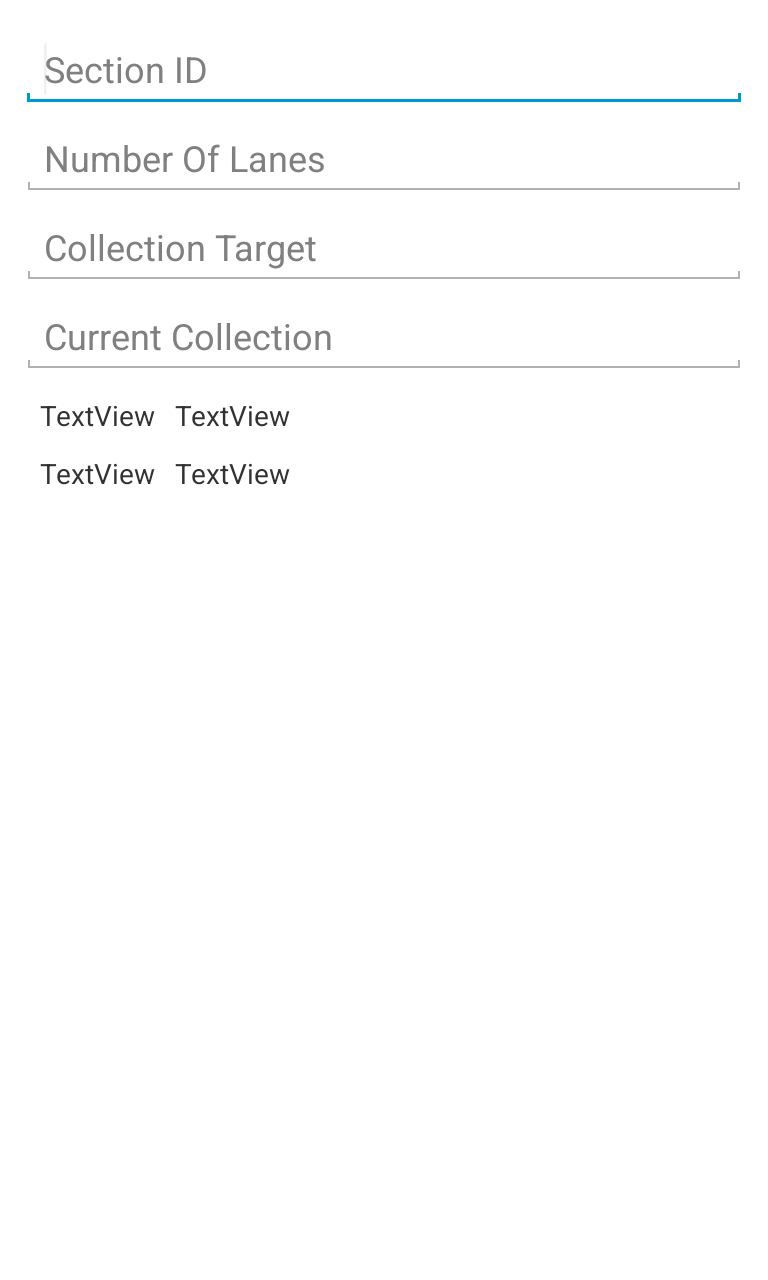
Repository: greatrakshit/Personal
Layout: POIRecorder/res/layout/activity_toll_booth.xml
These files come from the project's save history. The layout is drawn as it stood at one moment and after the next save; the edit follows.
It is drawn on a 768 x 1280 px phone screen (xhdpi) without system bars, with theme AppTheme; the app's code is not run.

Above is the layout before, as saved 2014-09-14 13:19:57.

### POIRecorder/res/layout/activity_toll_booth.xml
<LinearLayout xmlns:android="http://schemas.android.com/apk/res/android"
    android:layout_width="fill_parent"
    android:layout_height="fill_parent"
    android:orientation="vertical"
    android:padding="10dp" >

    <EditText
        android:id="@+id/editText1"
        android:layout_width="match_parent"
        android:layout_height="wrap_content"
        android:layout_marginBottom="5dp"
        android:layout_marginTop="5dp"
        android:ems="10"
        android:hint="@string/attribute_tollbooth_sectionId" >

        <requestFocus />
    </EditText>

    <EditText
        android:id="@+id/editText2"
        android:layout_width="match_parent"
        android:layout_height="wrap_content"
        android:layout_marginBottom="5dp"
        android:ems="10"
        android:hint="@string/attribute_tollbooth_numLanes"
        android:inputType="number" />

    <EditText
        android:id="@+id/editText3"
        android:layout_width="match_parent"
        android:layout_height="wrap_content"
        android:layout_marginBottom="5dp"
        android:ems="10"
        android:hint="@string/attribute_tollbooth_collectionTarget"
        android:inputType="number" />

    <EditText
        android:id="@+id/editText4"
        android:layout_width="match_parent"
        android:layout_height="wrap_content"
        android:layout_marginBottom="10dp"
        android:ems="10"
        android:hint="@string/attribute_tollbooth_currentCollection"
        android:inputType="number" />

    <LinearLayout
        android:layout_width="match_parent"
        android:layout_height="wrap_content"
        android:layout_marginBottom="10dp" >

        <TextView
            android:id="@+id/textView1"
            android:layout_width="wrap_content"
            android:layout_height="wrap_content"
            android:layout_marginLeft="10dp"
            android:layout_marginRight="10dp"
            android:text="TextView" />

        <TextView
            android:id="@+id/textView2"
            android:layout_width="wrap_content"
            android:layout_height="wrap_content"
            android:text="TextView" />

    </LinearLayout>

    <LinearLayout
        android:layout_width="match_parent"
        android:layout_height="wrap_content" >

        <TextView
            android:id="@+id/textView3"
            android:layout_width="wrap_content"
            android:layout_height="wrap_content"
            android:layout_marginLeft="10dp"
            android:layout_marginRight="10dp"
            android:text="TextView" />

        <TextView
            android:id="@+id/textView4"
            android:layout_width="wrap_content"
            android:layout_height="wrap_content"
            android:text="TextView" />

    </LinearLayout>

</LinearLayout>

### POIRecorder/res/values/styles.xml
<?xml version="1.0" encoding="utf-8"?>
<resources>

    <!--
        Base application theme, dependent on API level. This theme is replaced
        by AppBaseTheme from res/values-vXX/styles.xml on newer devices.

    -->
    <style name="AppBaseTheme" parent="android:Theme.Light">
        <!--
            Theme customizations available in newer API levels can go in
            res/values-vXX/styles.xml, while customizations related to
            backward-compatibility can go here.

        -->
    </style>

    <!-- Application theme. -->
    <style name="AppTheme" parent="AppBaseTheme">
        <!-- All customizations that are NOT specific to a particular API-level can go here. -->
    </style>

    <style name="LoginFormContainer">
        <item name="android:layout_width">match_parent</item>
        <item name="android:layout_height">wrap_content</item>
        <item name="android:padding">16dp</item>
    </style>
</resources>

### POIRecorder/res/values/strings.xml
<?xml version="1.0" encoding="utf-8"?>
<resources>

    <string name="app_name">POI Recorder</string>
    <string name="action_settings">Settings</string>
    <string name="hello_world">Hello world!</string>
    <string name="enableGPS">POI Recorder needs GPS to be enabled to function properly. Do you want to enable it ?</string>
    <string name="yes">Yes</string>
    <string name="no">No</string>
    <string name="ok">Ok</string>
    <string name="select_poi">Select Point Of Interest</string>
    <string name="exit">Exit Application</string>
    <string name="title_activity_main">MainActivity</string>
    <string name="add_poi">Add Point Of Interest</string>
    <string name="choose_poi">Choose POI Type</string>
    <string name="choose_facilities">Choose Facility Type</string>
    <string name="upload">Upload Data</string>
    <string name="save">Save</string>
    <string name="cancel">Cancel</string>
    <string name="name">Name</string>
    <string name="logout">Logout</string>
    <string name="statistics">Statistics</string>
    <string name="title_activity_poi">POI Recorder</string>
    <string name="poi_type_tollBooth">Toll Booth</string>
    <string name="poi_type_facilities">Facilities</string>
    <string name="poi_type_highwaySegments">Highway Segment</string>
    <string name="poi_type_milepost">Mile Post</string>
    <string name="subtype_facilities_restaurant">Restaurant</string>
    <string name="subtype_facilities_dhaba">Dhaba</string>
    <string name="subtype_facilities_vehicleRepairShop">Vehicle Repair Shop</string>
    <string name="subtype_facilities_policeStation">Police Station</string>
    <string name="subtype_facilities_clinic">Clinic</string>
    <string name="subtype_facilities_hospital">Hospital</string>
    <string name="subtype_facilities_groceryShop">Grocery Shop</string>
    <string name="subtype_facilities_farmerMarket">Farmer Market</string>
    <string name="attribute_tollbooth_sectionId">Section ID</string>
    <string name="attribute_tollbooth_numLanes">Number Of Lanes</string>
    <string name="attribute_tollbooth_collectionTarget">Collection Target</string>
    <string name="attribute_tollbooth_currentCollection">Current Collection</string>
    <string name="attribute_facilities_type">Type</string>
    <string name="attribute_facilities_name">Name</string>
    <string name="attribute_facilities_ownerName">Owner\'s Name</string>
    <string name="attribute_facilities_address1">Address 1</string>
    <string name="attribute_facilities_address2">Address 2</string>
    <string name="attribute_facilities_address3">Address 3</string>
    <string name="attribute_facilities_address4">Address 4</string>
    <string name="attribute_facilities_address5">Address 5</string>
    <string name="attribute_facilities_city">City</string>
    <string name="attribute_facilities_state">State</string>
    <string name="attribute_facilities_pincode">Pincode</string>
    <string name="attribute_facilities_phone1">Phone 1</string>
    <string name="attribute_facilities_phone2">Phone 2</string>
    <string name="attribute_highwaySegments_type">Type</string>
    <string name="attribute_highwaySegments_markerType">Marker Type</string>
    <string name="attribute_highwaySegments_name">Name</string>
    <string name="attribute_highwaySegments_ownerName">Owner Name</string>
    <string name="attribute_highwaySegments_contactNumber">Contact Number</string>
    <string name="attribute_milepost">Location</string>

    <string name="present_latitude">Present Latitude</string>
    <string name="present_longitude">Present Longitude</string>

    <string-array name="poi_list">
        <item>Facilities</item>
        <item>Highway Segment</item>
        <item>Mile Post</item>
        <item>Toll Booth</item>
    </string-array>
    <string-array name="facilities_list">
        <item>Clinic</item>
        <item>Dhaba</item>
        <item>Farmer Market</item>
        <item>Grocery Shop</item>
        <item>Hospital</item>
        <item>Police Station</item>
        <item>Restaurant</item>
        <item>Vehicle Repair Shop</item>
    </string-array>

    <string name="title_activity_poi_list">PoiList</string>
    <string name="title_activity_poi__dialog">Poi_Dialog</string>
    <string name="title_activity_facilities_dialog">FacilitiesDialog</string>
    <string name="title_activity_toll_booth">TollBoothActivity</string>
    <string name="title_activity_facility">FacilityActivity</string>
    <string name="title_activity_highway_segment">HighwaySegmentActivity</string>
    <string name="title_activity_milepost">MilepostActivity</string>

</resources>

Loaded but not shown: POIRecorder/res/values-v11/styles.xml (common file); POIRecorder/res/values-v14/styles.xml (common file)

After the next save:
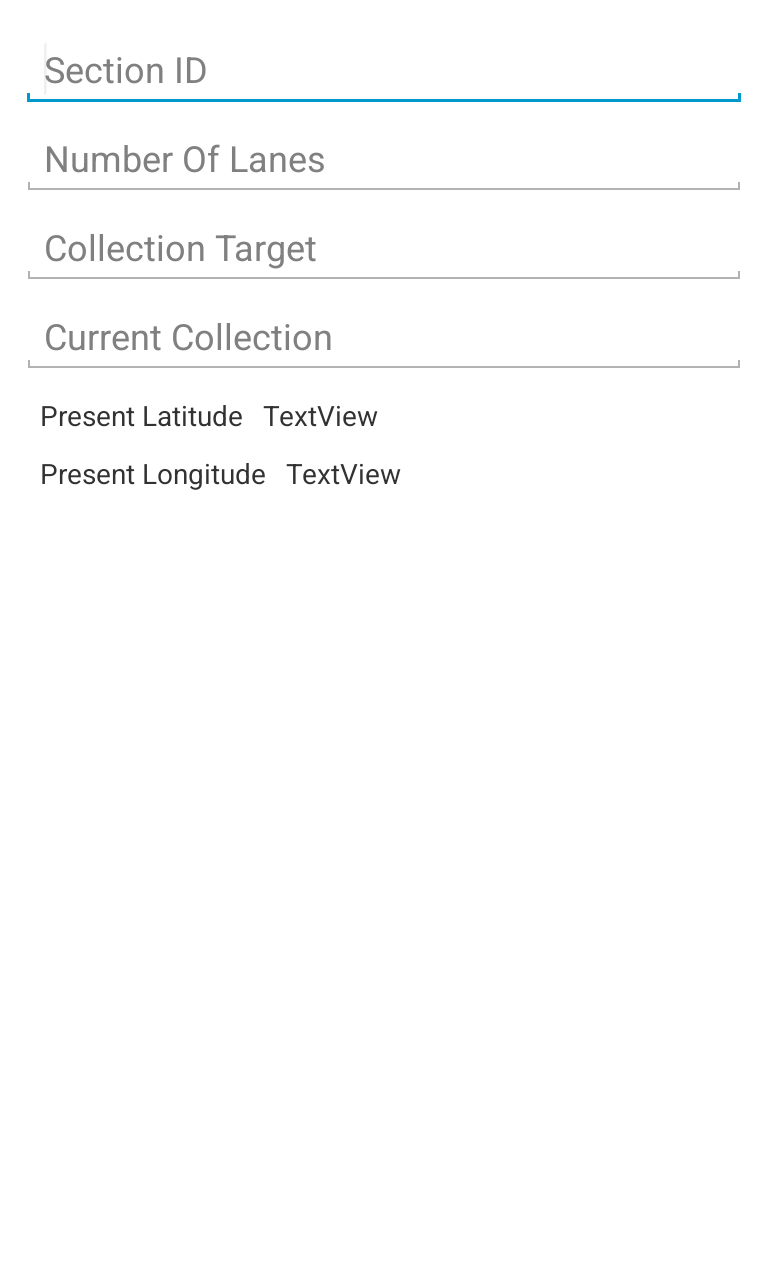
Saved 23 s later.
--- a/POIRecorder/res/layout/activity_toll_booth.xml
+++ b/POIRecorder/res/layout/activity_toll_booth.xml
@@ -54,7 +54,7 @@
             android:layout_height="wrap_content"
             android:layout_marginLeft="10dp"
             android:layout_marginRight="10dp"
-            android:text="TextView" />
+            android:text="@string/present_latitude" />
 
         <TextView
             android:id="@+id/textView2"
@@ -74,7 +74,7 @@
             android:layout_height="wrap_content"
             android:layout_marginLeft="10dp"
             android:layout_marginRight="10dp"
-            android:text="TextView" />
+            android:text="@string/present_longitude" />
 
         <TextView
             android:id="@+id/textView4"
